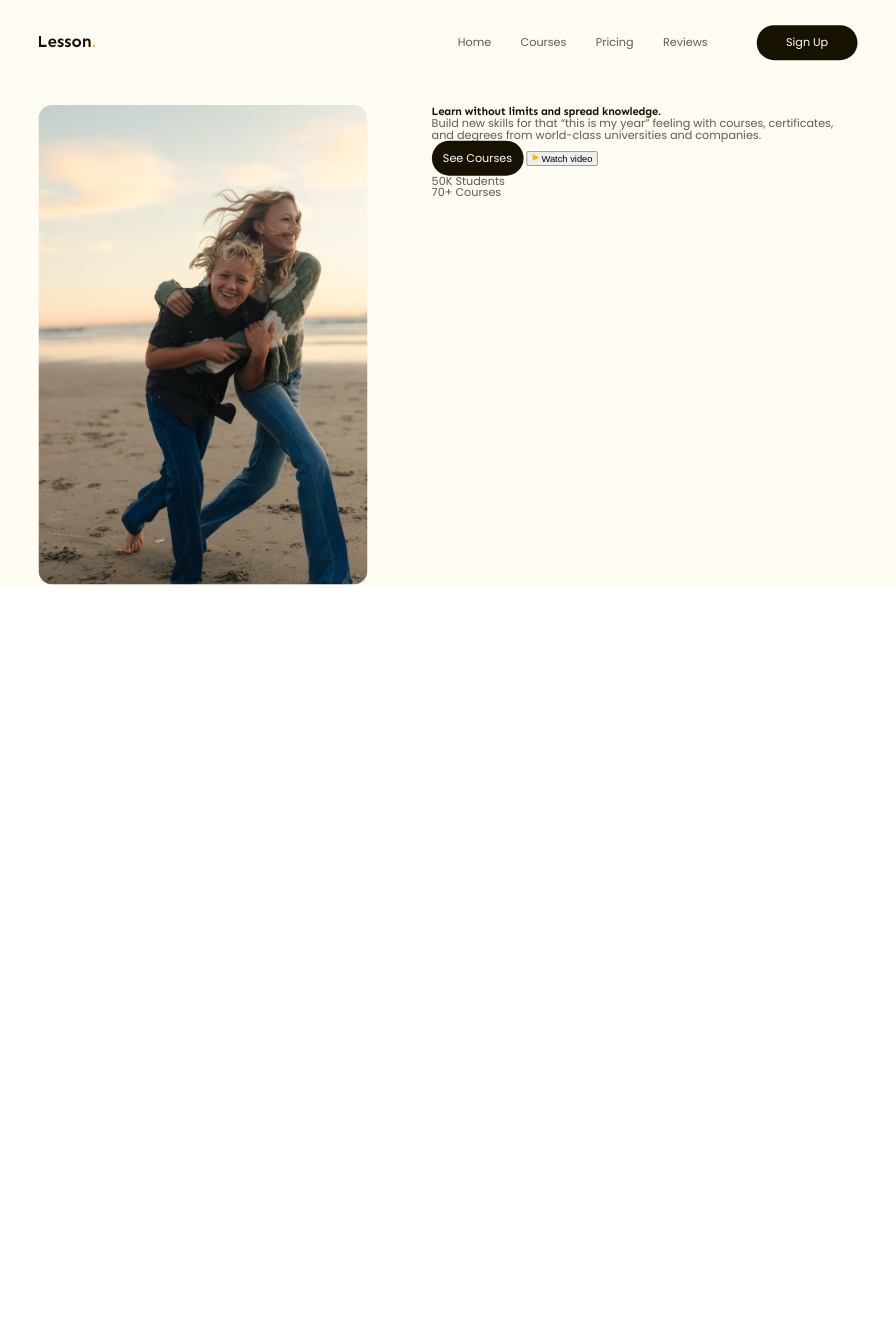
Repository: tinhtranjp/htmlcss-01
Page: index.html
An editor plug-in stored every save of this project. The page is shown before and after the next save, followed by the edit.
The browser window is 1280 px wide. The pictures show the part of the page from y = 0 to 1920 px (the page is 5000 px tall), at 70% of full size.

Above is the page before, as saved 2023-01-20 05:09:23.

After the next save:
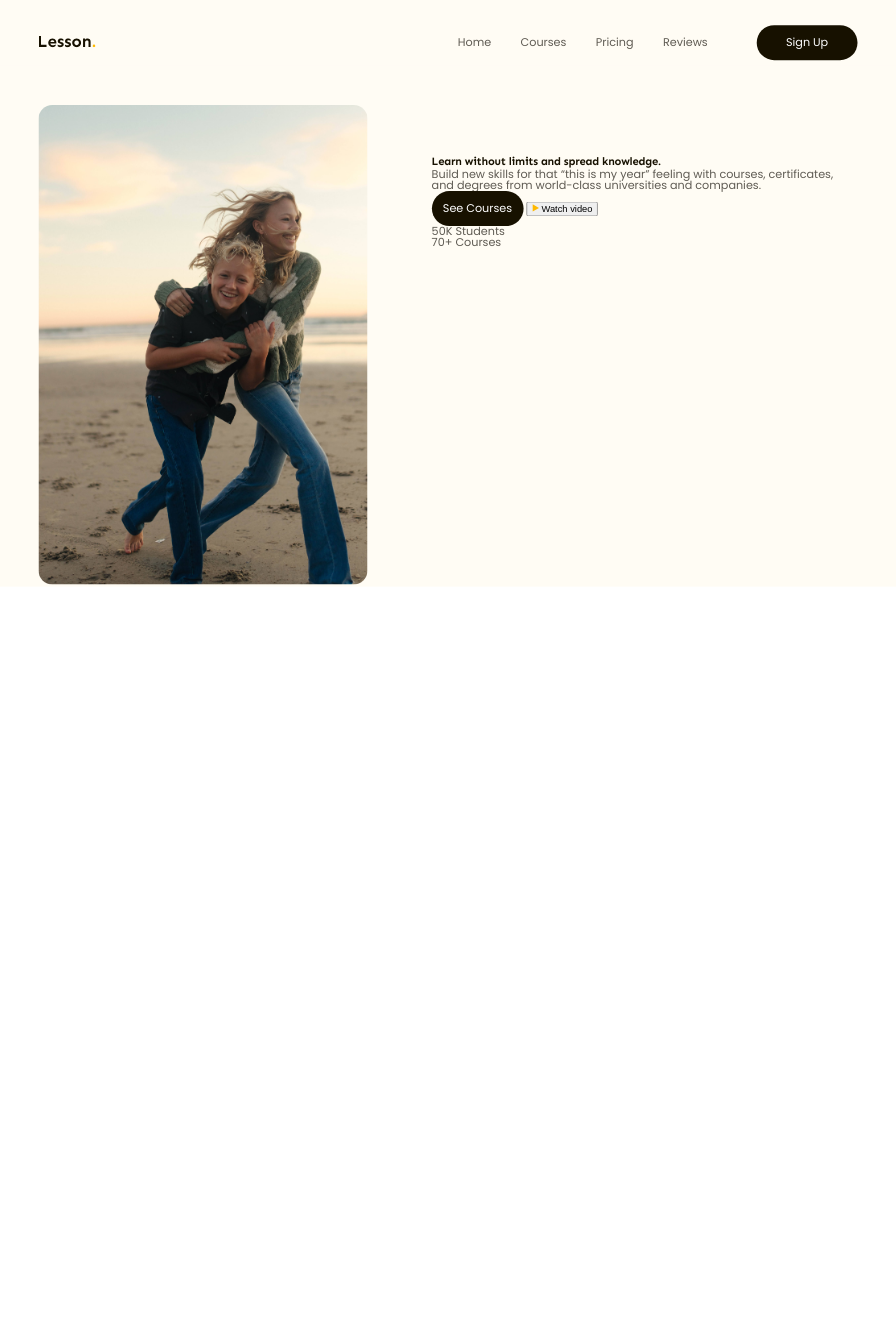
Saved 103 s later.
--- a/assets/css/styles.css
+++ b/assets/css/styles.css
@@ -93,6 +93,7 @@
 }
 
 .hero .info .title {
+  margin-top: 72px;
   line-height: 1.17;
   letter-spacing: -0.02em;
   color: #171100;
